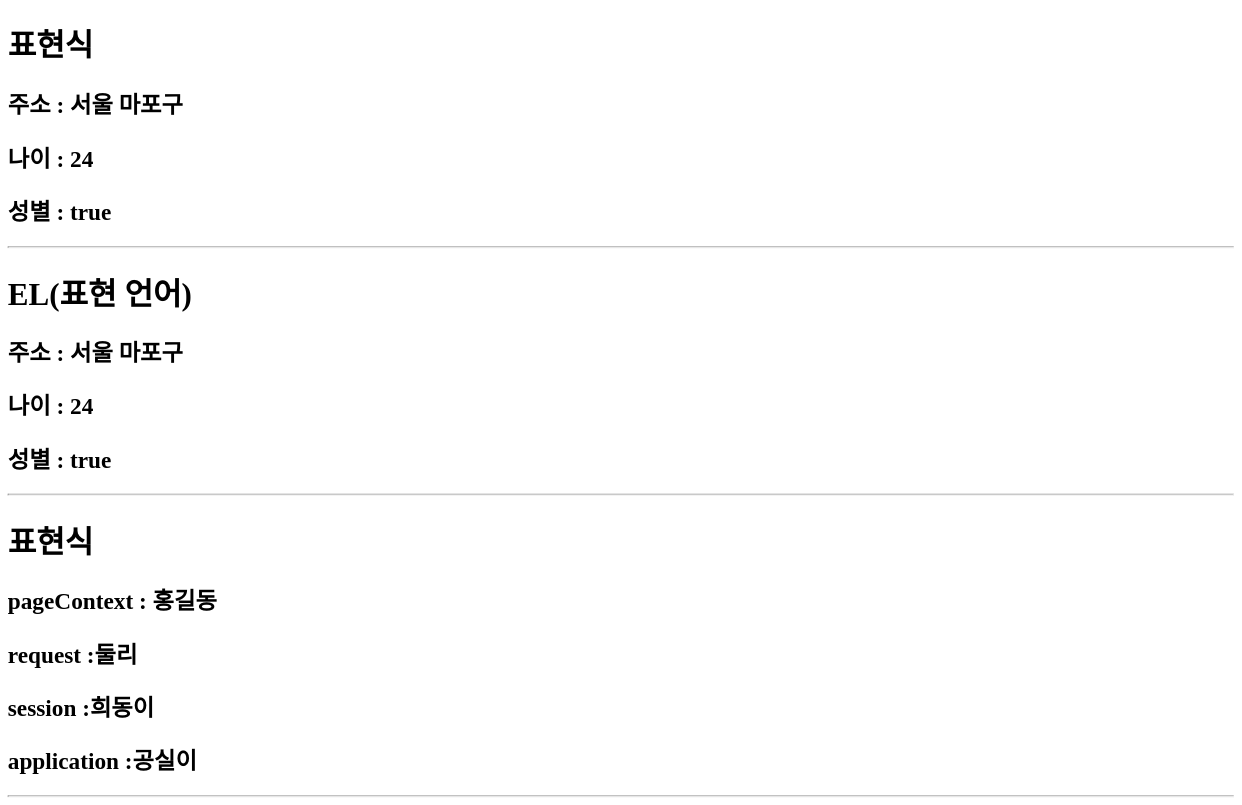
Repository: wjsjsn/23_jspstudy
Page: http://localhost/02_jsp/view/ex08_pageContext.jsp
These files come from the project's save history. The page is drawn as it stood at one moment and after the next save; the edit follows.
The browser window is 1280 px wide. The pictures show the whole page, at 97% of full size.
The page is served by Tomcat 9. Other server files are loaded and not shown.

Above is the page before, as saved 2023-07-05 02:02:56.

### 02_jsp/src/main/webapp/view/ex08_pageContext.jsp
<%@ page language="java" contentType="text/html; charset=UTF-8"
	pageEncoding="UTF-8"%>
<!DOCTYPE html>
<html>
<head>
<meta charset="UTF-8">
<title>내장 객체 : pageContext</title>
</head>
<body>
	<%--
		pageContext 객체 : JSP 페이지에 1 : 1로 연결된 객체
		                            JSP 페이지당 1개의 pageContext 객체가 생성
		                            같은 페이지에서 서로 값을 공유할 수 있음
	    주요 기능 : 다른 기본 내장 객체를 호출하거나 페이지 흐름을 제어할 때 사용
	    - 다른 기본 내장 객체 호출
	     	-- getRequest(), getResponse(), getOut(), getSession()
	     	   getServletContext() => application 객체 구하기
	     	   getServletConfig() => config 객체 구하기
	     	   getException() => exception 객체 구하기

	     	   ** request와 같은 방법
	     	   데이터 저장 : pageContext.setAttribute("이름", 데이터);
	     	   데이터 호출 : pageContext.getAttribute("이름")

	     	   ** 속성을 이용해서 데이터 저장 및 호출하는 내장 객체들
	     	  <이름이 같을 때>
	     	   우선 순위 : pageContext > request > session > application
	     	   생명 주기 : pageContext < request < session < application

	     	                   pageContext : 해당 페이지를 벗어나면 정보가 사라짐
	     	                   request : response가 되면 정보도 사라짐
	     	                   session : 해당 브라우저가 종료되면 저장 정보도 사라짐
	     	                                (예외적으로 시간은 지정할 수 있음)
	     	                                => 보통 로그인 처리할 때 사용
	     	                   application : 해당 프로그램이 종료될 때까지 정보가 사라지지 않음
	     	                                     => 보통 외부 환경 정보를 갖고 있음

	     	   ** 속성을 이용해 저장된 데이터는 EL(표현 언어 = ${ 이름 })을 사용할 수 있음
	 --%>
	<%
	// 데이터 저장
	pageContext.setAttribute("addr", "서울 마포구");
	pageContext.setAttribute("age", 24);
	pageContext.setAttribute("gender", true);
	%>
	<h1>표현식</h1>
	<h2>
		주소 :
		<%=pageContext.getAttribute("addr")%></h2>
	<h2>
		나이 :
		<%=pageContext.getAttribute("age")%></h2>
	<h2>
		성별 :
		<%=pageContext.getAttribute("gender")%></h2>
	<hr>

	<h1>EL(표현 언어)</h1>
	<h2>주소 : ${addr}</h2>
	<h2>나이 : ${age}</h2>
	<h2>성별 : ${gender}</h2>
	<hr>

	<%
	// 4가지 스코프를 이용해서 저장(같은 이름)
	pageContext.setAttribute("name", "홍길동");
	request.setAttribute("name", "둘리");
	session.setAttribute("name", "희동이");
	application.setAttribute("name", "공실이");
	%>
	<h1>표현식</h1>
	<h2>pageContext : <%=pageContext.getAttribute("name")%></h2>
	<h2>request :<%=request.getAttribute("name")%></h2>
	<h2>session :<%=session.getAttribute("name")%></h2>
	<h2>application :<%=application.getAttribute("name")%></h2>
	<hr>
</body>
</html>

After the next save:
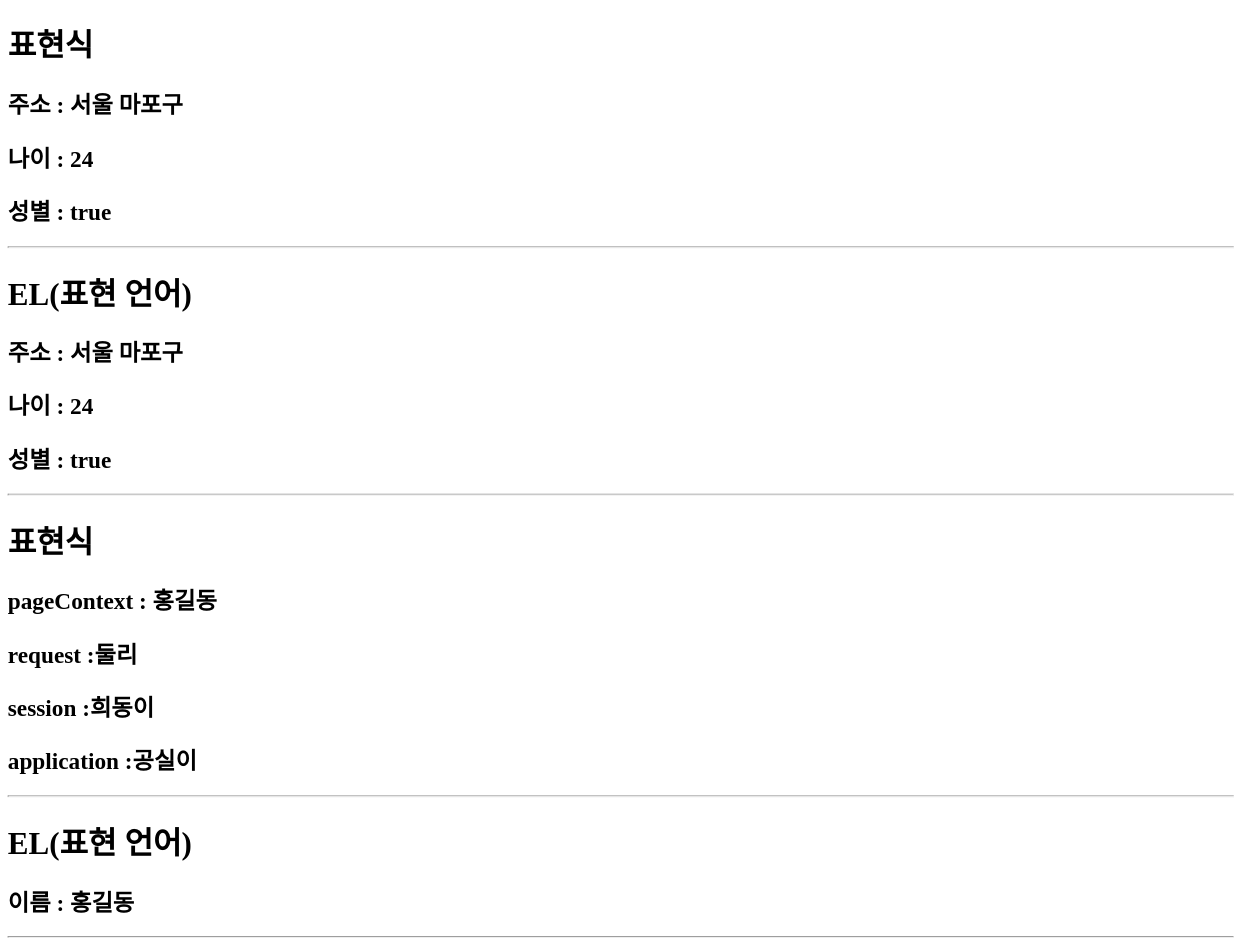
Saved 59 s later.
--- a/02_jsp/src/main/webapp/view/ex08_pageContext.jsp
+++ b/02_jsp/src/main/webapp/view/ex08_pageContext.jsp
@@ -74,5 +74,9 @@
 	<h2>session :<%=session.getAttribute("name")%></h2>
 	<h2>application :<%=application.getAttribute("name")%></h2>
 	<hr>
+
+	<h1>EL(표현 언어)</h1>
+	<h2>이름 : ${name}</h2>
+	<hr>
 </body>
 </html>
